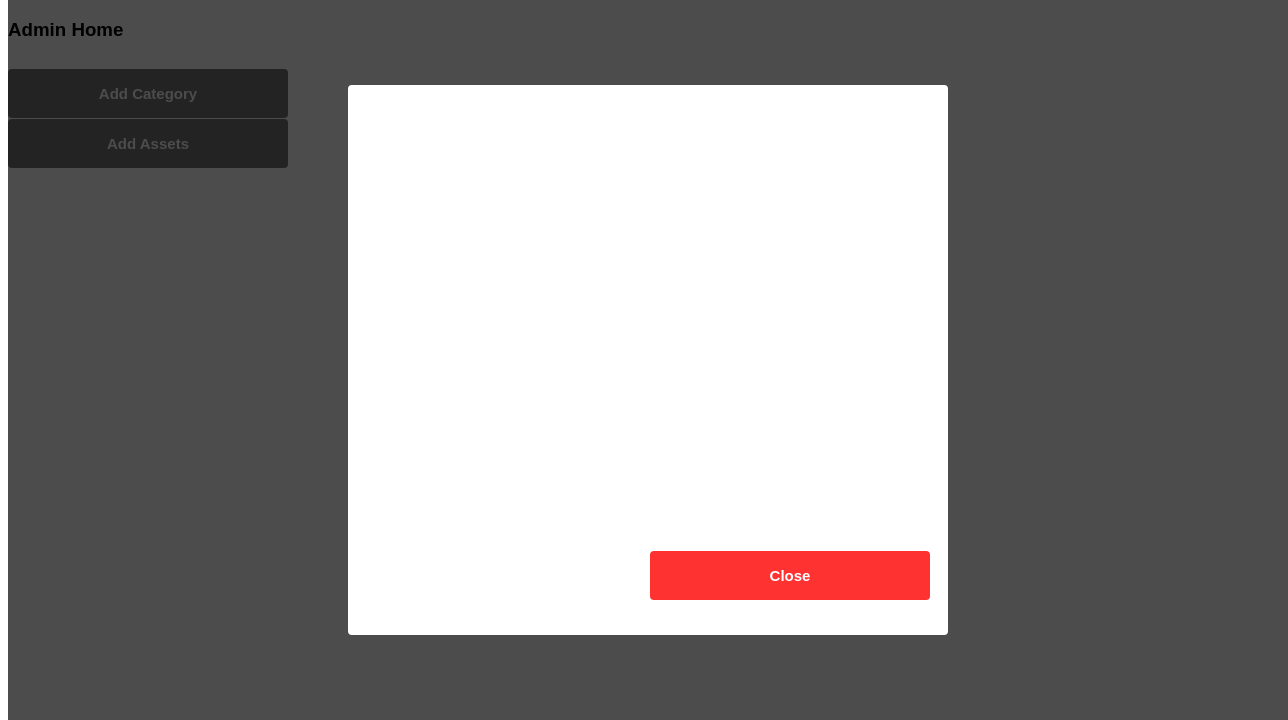
Repository: DhruvKaushal/CodeFury_404Found
Page: http://localhost/e-assets/assetadded.jsp
An editor plug-in stored every save of this project. The page is shown before and after the next save, followed by the edit.
The browser window is 1280 px wide. The page is 1288 px wide, so the pictures cover 1288 px, including what lies to the right of the window. The pictures show the whole page.
The page is served by Tomcat 9.

Above is the page before, as saved 2020-10-05 10:38:14.

After the next save:
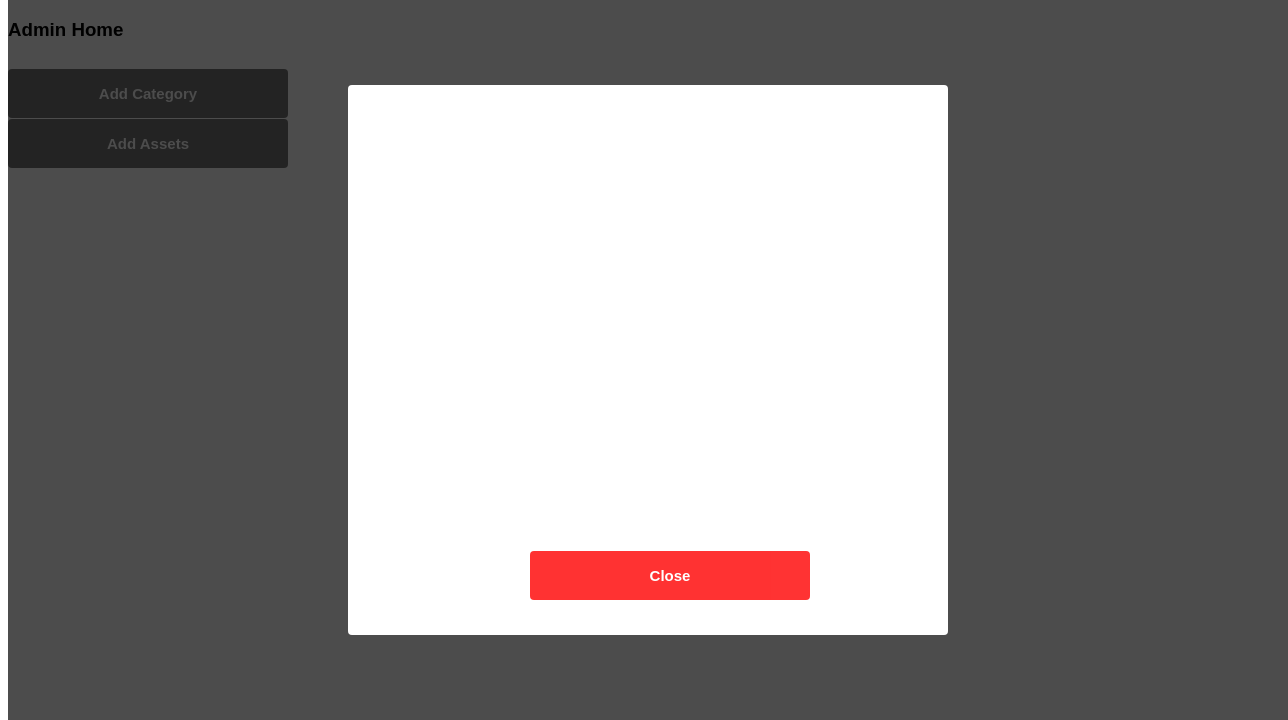
Saved 18 s later.
--- a/Aditya's New/E-Assets-Management/e-assets/WebContent/addassets.css
+++ b/Aditya's New/E-Assets-Management/e-assets/WebContent/addassets.css
@@ -46,7 +46,7 @@ body {font-family: Arial, Helvetica, sans-serif;}
   position: absolute;
   bottom: 35px;
 
-  margin-left:47%;
+  margin-left: 27%;
   font-weight: bold;
   font-size: 15px;
   display:block;
